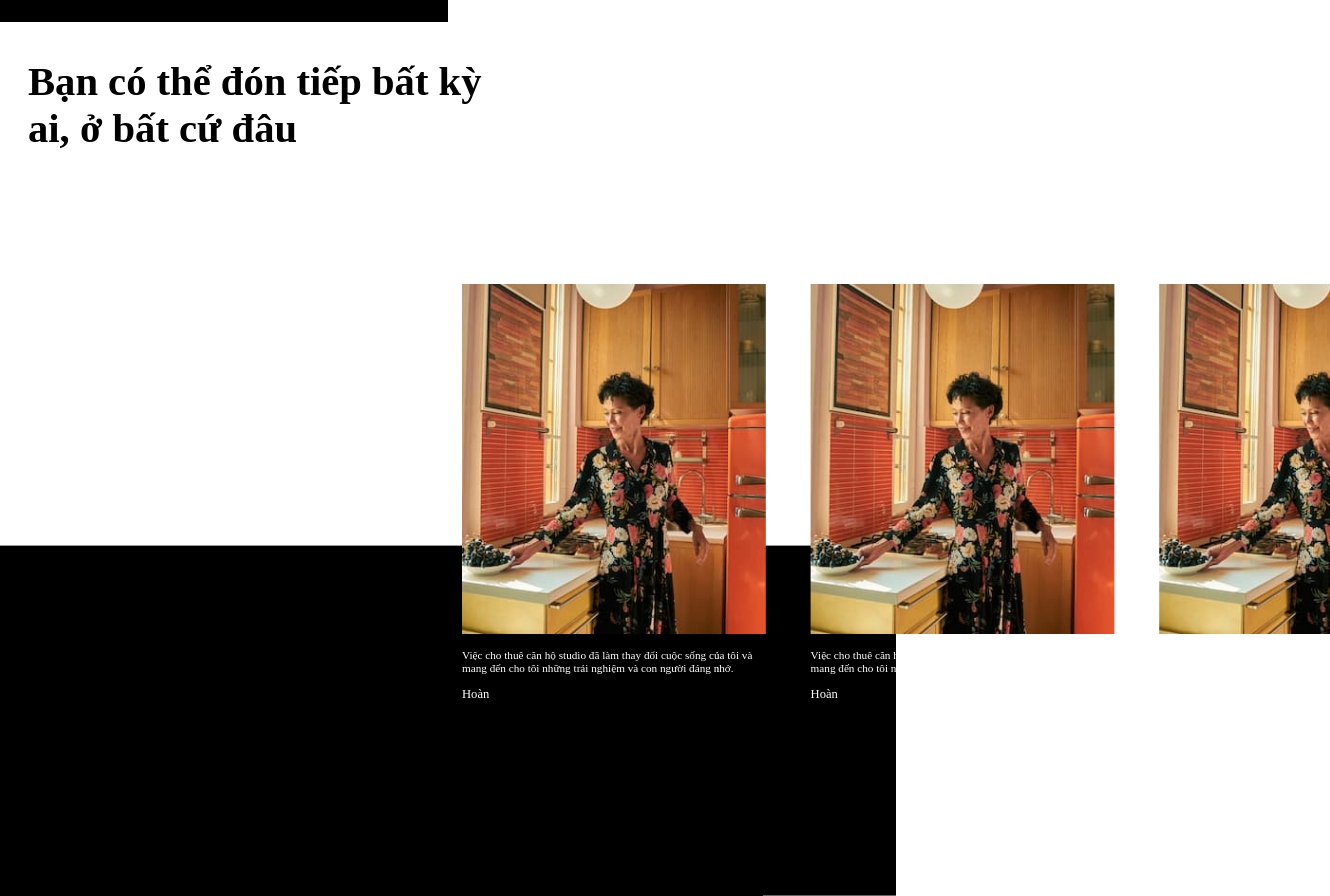
Repository: HoanTiny/AirbnbClone
Page: page3.html
The author's editor kept a copy of each file at every save. The page is drawn from the files as they stood at one save, then again after the next save.
The browser window is 1280 px wide. The page is 1900 px wide, so the pictures cover 1900 px, including what lies to the right of the window. The pictures show the part of the page from y = 688 to 1968 px (the page is 1968 px tall), at 70% of full size.
Pictures or frames that could not be fetched are drawn as grey boxes.

Above is the page before, as saved 2021-09-13 11:29:06.

After the next save:
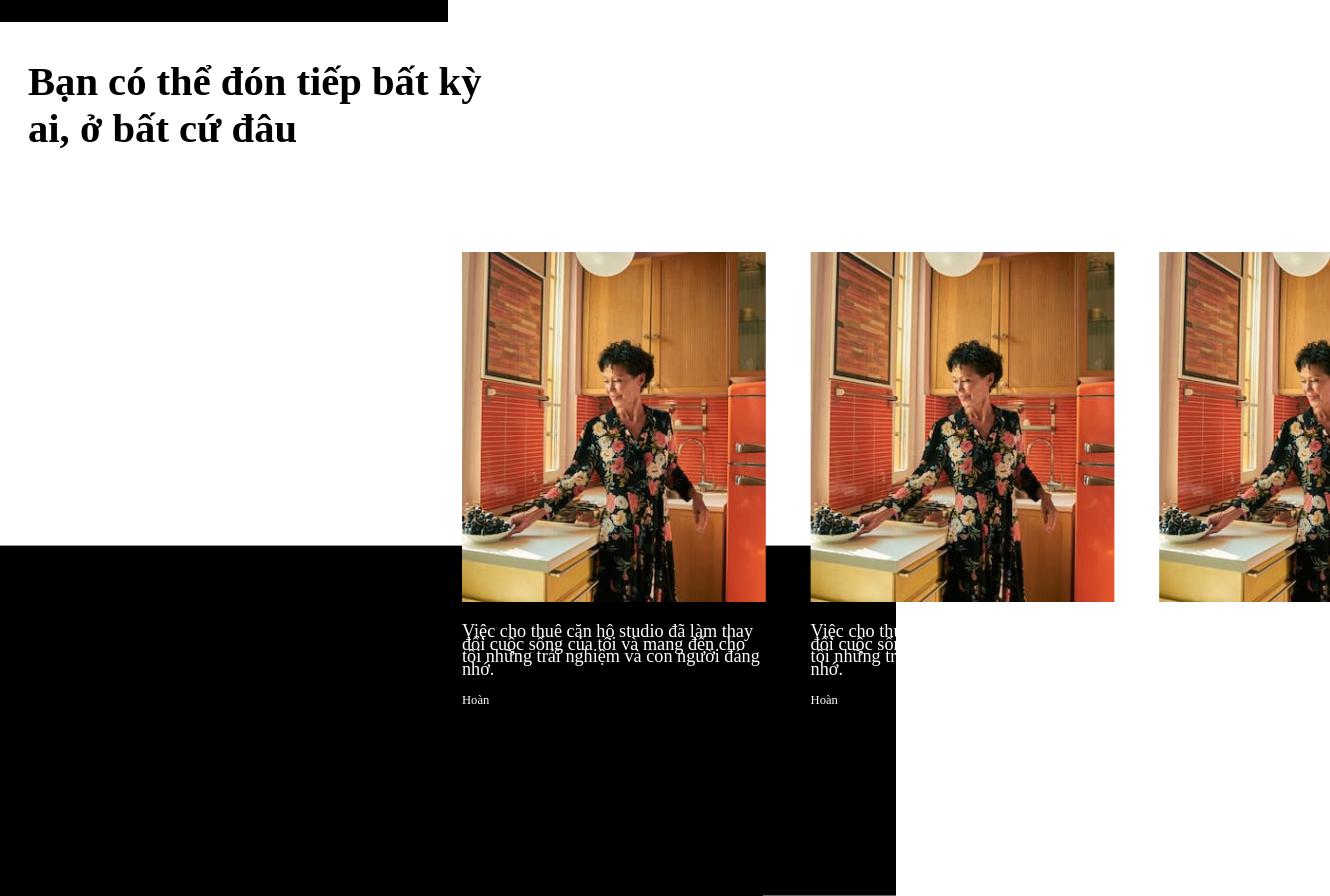
Saved 9 s later.
--- a/acess/css/mainpage3.css
+++ b/acess/css/mainpage3.css
@@ -114,7 +114,7 @@ body {
 
 .home__img-text {
     color: var(--white-color);
-    font-size: 1.6rem;
+    font-size: 2.6rem;
 }
 
 .home__img-text-end {
